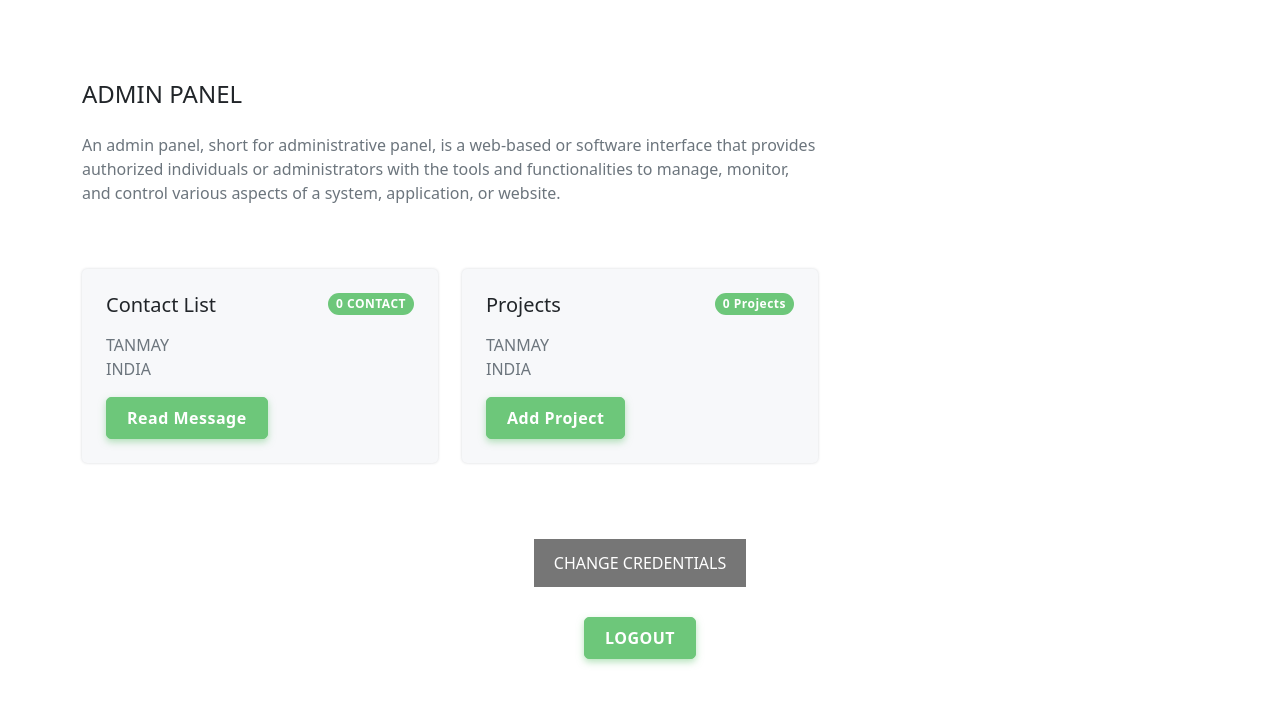
Repository: Tanmay-Kayande/Myportfolio
Page: http://localhost/myproject/admin.jsp
An editor plug-in stored every save of this project. The page is shown before and after the next save, followed by the edit.
The browser window is 1280 px wide. The pictures show the whole page.
Some web libraries are served in a nearby version. The page is served by Tomcat 9. The session is filled in as if someone had signed in: {"login": "exist"}. Other server files are loaded and not shown.

Above is the page before, as saved 2024-01-25 09:24:06.

### myproject/src/main/webapp/admin.jsp

<%@page import="com.dao.ProjectDao"%>
<%@page import="com.dao.MessageDao"%>
<%
String value = (String) session.getAttribute("login");
if (value == null) {
	response.sendRedirect("login.jsp");
	return;
}
%>

<!DOCTYPE html>
<html lang="en">

<head>
<meta charset="utf-8">


<title>find jobs cards - Bootdey.com</title>
<meta name="viewport" content="width=device-width, initial-scale=1">
<link
	href="https://cdn.jsdelivr.net/npm/bootstrap@5.2.0/dist/css/bootstrap.min.css"
	rel="stylesheet">
<style type="text/css">
body {
	margin-top: 20px;
}

.shadow {
	box-shadow: 0 0 3px rgb(53 64 78/ 20%) !important;
}

.rounded {
	border-radius: 5px !important;
}

.bg-light {
	background-color: #f7f8fa !important;
}

.bg-primary, .btn-primary, .btn-outline-primary:hover,
	.btn-outline-primary:focus, .btn-outline-primary:active,
	.btn-outline-primary.active, .btn-outline-primary.focus,
	.btn-outline-primary:not(:disabled):not(.disabled):active,
	.badge-primary, .nav-pills .nav-link.active, .pagination .active a,
	.custom-control-input:checked ~.custom-control-label:before, #preloader #status .spinner>div,
	.social-icon li a:hover, .back-to-top:hover, .back-to-home a, ::selection,
	#topnav .navbar-toggle.open span:hover, .owl-theme .owl-dots .owl-dot.active span,
	.owl-theme .owl-dots.clickable .owl-dot:hover span, .watch-video a .play-icon-circle,
	.sidebar .widget .tagcloud>a:hover, .flatpickr-day.selected,
	.flatpickr-day.selected:hover, .tns-nav button.tns-nav-active,
	.form-check-input.form-check-input:checked {
	background-color: #6dc77a !important;
}

.badge {
	padding: 5px 8px;
	border-radius: 3px;
	letter-spacing: 0.5px;
	font-size: 12px;
}

.btn-primary, .btn-outline-primary:hover, .btn-outline-primary:focus,
	.btn-outline-primary:active, .btn-outline-primary.active,
	.btn-outline-primary.focus, .btn-outline-primary:not(:disabled):not(.disabled):active
	{
	box-shadow: 0 3px 7px rgb(109 199 122/ 50%) !important;
}

.btn-primary, .btn-outline-primary, .btn-outline-primary:hover,
	.btn-outline-primary:focus, .btn-outline-primary:active,
	.btn-outline-primary.active, .btn-outline-primary.focus,
	.btn-outline-primary:not(:disabled):not(.disabled):active,
	.bg-soft-primary .border, .alert-primary, .alert-outline-primary,
	.badge-outline-primary, .nav-pills .nav-link.active, .pagination .active a,
	.form-group .form-control:focus, .form-group .form-control.active,
	.custom-control-input:checked ~.custom-control-label:before,
	.custom-control-input:focus ~.custom-control-label::before,
	.form-control:focus, .social-icon li a:hover, #topnav .has-submenu.active.active .menu-arrow,
	#topnav.scroll .navigation-menu>li:hover>.menu-arrow, #topnav.scroll .navigation-menu>li.active>.menu-arrow,
	#topnav .navigation-menu>li:hover>.menu-arrow, .flatpickr-day.selected,
	.flatpickr-day.selected:hover, .form-check-input:focus,
	.form-check-input.form-check-input:checked, .container-filter li.active,
	.container-filter li:hover {
	border-color: #6dc77a !important;
}

.bg-primary, .btn-primary, .btn-outline-primary:hover,
	.btn-outline-primary:focus, .btn-outline-primary:active,
	.btn-outline-primary.active, .btn-outline-primary.focus,
	.btn-outline-primary:not(:disabled):not(.disabled):active,
	.badge-primary, .nav-pills .nav-link.active, .pagination .active a,
	.custom-control-input:checked ~.custom-control-label:before, #preloader #status .spinner>div,
	.social-icon li a:hover, .back-to-top:hover, .back-to-home a, ::selection,
	#topnav .navbar-toggle.open span:hover, .owl-theme .owl-dots .owl-dot.active span,
	.owl-theme .owl-dots.clickable .owl-dot:hover span, .watch-video a .play-icon-circle,
	.sidebar .widget .tagcloud>a:hover, .flatpickr-day.selected,
	.flatpickr-day.selected:hover, .tns-nav button.tns-nav-active,
	.form-check-input.form-check-input:checked {
	background-color: #6dc77a !important;
}

.btn {
	padding: 8px 20px;
	outline: none;
	text-decoration: none;
	font-size: 16px;
	letter-spacing: 0.5px;
	transition: all 0.3s;
	font-weight: 600;
	border-radius: 5px;
}

.btn-primary {
	background-color: #6dc77a !important;
	border: 1px solid #6dc77a !important;
	color: #fff !important;
	box-shadow: 0 3px 7px rgb(109 199 122/ 50%);
}

a {
	text-decoration: none;
}

 {box-sizing: border-box;}

/* Button used to open the contact form - fixed at the bottom of the page */
.open-button {

  background-color: #555;
  color: white;
  padding: 12px 20px;
  border: none;
  cursor: pointer;
  opacity: 0.8;
  bottom: 30px;
  margin-right: auto;
  margin-left: auot;
  margin-bottom: 30px;
  margin-top:10px;
}

/* The popup form - hidden by default */
.form-popup {
  display: none;
  position: fixed;
  bottom: 0;
  right: 15px;
  border: 3px solid #f1f1f1;
  z-index: 9;
}

/* Add styles to the form container */
.form-container {
  max-width: 300px;
  padding: 10px;
  background-color: white;
}

/* Full-width input fields */
.form-container input[type=text], .form-container input[type=password] {
  width: 100%;
  padding: 15px;
  margin: 5px 0 22px 0;
  border: none;
  background: #f1f1f1;
}

/* When the inputs get focus, do something */
.form-container input[type=text]:focus, .form-container input[type=password]:focus {
  background-color: #ddd;
  outline: none;
}

/* Set a style for the submit/login button */
.form-container .btn {
  background-color: #04AA6D;
  color: white;
  padding: 16px 20px;
  border: none;
  cursor: pointer;
  width: 100%;
  margin-bottom:10px;
  opacity: 0.8;
}

/* Add a red background color to the cancel button */
.form-container .cancel {
  background-color: red;
}

/* Add some hover effects to buttons */
.form-container .btn:hover, .open-button:hover {
  opacity: 1;
}

</style>
</head>

<body>

	<div class="container mt-5 pt-4">

	<h3 style = "text-align: center;"><%@include file = "message.jsp" %></h3>

		<div class="row align-items-end mb-4 pb-2">
			<div class="col-md-8">
				<div class="section-title text-center text-md-start">
					<h4 class="title mb-4">ADMIN PANEL</h4>
					<p class="text-muted mb-0 para-desc">An admin panel, short for
						administrative panel, is a web-based or software interface that
						provides authorized individuals or administrators with the tools
						and functionalities to manage, monitor, and control various
						aspects of a system, application, or website.</p>
				</div>
			</div>

		</div>
		<div class="row">
			<div class="col-lg-4 col-md-6 col-12 mt-4 pt-2">
				<div class="card border-0 bg-light rounded shadow">
					<div class="card-body p-4">

					<%int count = new MessageDao().count(); %>
						<span class="badge rounded-pill bg-primary float-md-end mb-3 mb-sm-0"><%=count %> CONTACT	</span>
						<h5>Contact List</h5>
						<div class="mt-3">
							<span class="text-muted d-block"><i class="fa fa-home"
								aria-hidden="true"></i> <a href="#" target="_blank"
								class="text-muted">TANMAY</a></span> <span class="text-muted d-block"><i
								class="fa fa-map-marker" aria-hidden="true"></i> INDIA</span>
						</div>
						<div class="mt-3">
							<a href="read-message.jsp" class="btn btn-primary">Read
								Message</a>
						</div>
					</div>
				</div>
			</div>

			<div class="col-lg-4 col-md-6 col-12 mt-4 pt-2">
				<div class="card border-0 bg-light rounded shadow">
					<div class="card-body p-4">

						<%int project_count = new ProjectDao().count(); %>
						<span class="badge rounded-pill bg-primary float-md-end mb-3 mb-sm-0"><%=project_count %> Projects	</span>
						<h5>Projects</h5>
						<div class="mt-3">
							<span class="text-muted d-block"><i class="fa fa-home"
								aria-hidden="true"></i> <a href="#" target="_blank"
								class="text-muted">TANMAY</a></span> <span class="text-muted d-block"><i
								class="fa fa-map-marker" aria-hidden="true"></i> INDIA</span>
						</div>
						<div class="mt-3">
							<a href="project.jsp" class="btn btn-primary">Add Project</a>
						</div>
					</div>
				</div>
			</div>





			<div style="text-align: center; padding-top: 50px;" class="mt-3">

			<!-- A button to open the popup form -->
			<button class="open-button" onclick="openForm()">CHANGE
				CREDENTIALS</button>

			<!-- The form -->
			<div class="form-popup" id="myForm">
				<form action="Auth" method="post" class="form-container">
					<h2>Change Password</h2>

					<label for="email"><b>Old Password</b></label> <input type="text"
						placeholder="Enter old password" name="opass" required> <label
						for="psw"><b>New Password</b></label> <input type="password"
						placeholder="Enter Password" name="npass" required> <label
						for="psw"><b>Confirm Password</b></label> <input type="password"
						placeholder="Enter Confirm Password" name="cpass" required>

					<input type="hidden" name="check" value="change">

					<button type="submit" class="btn">Update</button>
					<button type="button" class="btn cancel" onclick="closeForm()">Close</button>
				</form>
			</div>
				<form action="Auth" method="post">
					<input type ="hidden" name = "check" value = "Logout">
					<button class="btn btn-primary">LOGOUT</button>
				</form>
			</div>

		</div>
	</div>

	<script>
		function openForm() {
			document.getElementById("myForm").style.display = "block";
		}

		function closeForm() {
			document.getElementById("myForm").style.display = "none";
		}
	</script>
	<script src="https://code.jquery.com/jquery-1.10.2.min.js"></script>
	<script
		src="https://cdn.jsdelivr.net/npm/bootstrap@5.2.0/dist/js/bootstrap.bundle.min.js"></script>
	<script type="text/javascript">

	</script>
</body>

</html>

### myproject/src/main/webapp/message.jsp

<%
	String message =(String) session.getAttribute("msg");
	if(message!= null){

		if(message.equals("Message sent successfully")){
%>
		<h1 style="text-align: center; color: blue"><%=message %></h1>
<%
		}
		else{
%>
		<h1 style="text-align: center; color: red"><%=message %></h1>
<%
		}
	}
	session.removeAttribute("msg");
%>

### myproject/src/main/java/com/dao/InsertDao.java
package com.dao;

import java.util.ArrayList;

public interface InsertDao {

	public String Insert(ArrayList<Object> al);
}

### myproject/src/main/java/com/dao/ReadDao.java
package com.dao;

import java.util.ArrayList;

public interface ReadDao {

	public ArrayList<Object> read();
}

### myproject/src/main/java/com/dao/DeleteDao.java
package com.dao;

public interface DeleteDao {

	public String delete(int sn);
}

### myproject/src/main/java/com/dao/MessageDao.java
package com.dao;

import java.sql.Connection;
import java.sql.PreparedStatement;
import java.sql.ResultSet;
import java.time.LocalDateTime;
import java.util.ArrayList;

import com.pojo.MessagePojo;

public class MessageDao implements InsertDao, ReadDao, DeleteDao {


	private Connection connection;
	private String sql;
	private PreparedStatement prepareStatement;
	private int row;
	private String result;
	private ResultSet rs;

	@SuppressWarnings("finally")
	@Override
	public String Insert(ArrayList<Object> al) {

		try {

			connection = ConnectionFactory.getConnection();
			sql = "insert into message(name, email, message, date) values(?,?,?,?)";
			prepareStatement = connection.prepareStatement(sql);
			prepareStatement.setString(1, (String)al.get(0));
			prepareStatement.setString(2, (String)al.get(1));
			prepareStatement.setString(3, (String)al.get(2));
			prepareStatement.setString(4, LocalDateTime.now().toString());

			row = prepareStatement.executeUpdate();
			if(row==1) {
				result = "saved";
			}

		} catch (Exception e) {
			result = "failed";
			e.printStackTrace();
		}
		finally {
			return result;
		}
	}

	@SuppressWarnings("finally")
	@Override
	public ArrayList<Object> read() {

		ArrayList<Object> ar = new ArrayList<>();

		try {
			connection = ConnectionFactory.getConnection();
			sql = "select * from message";
			prepareStatement = connection.prepareStatement(sql);
			rs = prepareStatement.executeQuery();
			while(rs.next()) {
				MessagePojo m = new MessagePojo(rs.getInt("sn"), rs.getString("name"), rs.getString("email"), rs.getString("message"),
						rs.getString("date"));
				ar.add(m);
			}

		} catch (Exception e) {

			e.printStackTrace();
		}
		finally {

			return ar;
		}
	}

	@SuppressWarnings("finally")
	public int count() {

		int no_of_message = 0;
		try {
			connection = ConnectionFactory.getConnection();
			sql = "select count(*) as count from message";
			prepareStatement = connection.prepareStatement(sql);
			rs = prepareStatement.executeQuery();
			rs.next();
			no_of_message = rs.getInt("count");

		} catch (Exception e) {
			e.printStackTrace();
		}
		finally {

			return no_of_message;
		}


	}

	@SuppressWarnings("finally")
	@Override
	public String delete(int sn) {

		try {

			connection = ConnectionFactory.getConnection();
			sql = "delete from message where sn = ?";
			prepareStatement = connection.prepareStatement(sql);
			prepareStatement.setInt(1, sn);
			row = prepareStatement.executeUpdate();
			if(row==1) {
				result = "deleted";
			}

		} catch (Exception e) {
			result = "failed";
			e.printStackTrace();
		}
		finally {
			return result;
		}


	}


}

### myproject/src/main/java/com/dao/ConnectionFactory.java
package com.dao;

import java.sql.Connection;

import com.mysql.cj.jdbc.MysqlDataSource;

public class ConnectionFactory {

	private static Connection connection;
	@SuppressWarnings("finally")
	public static Connection getConnection() {
		try {

			MysqlDataSource mysql = new MysqlDataSource();
			mysql.setUrl("jdbc:mysql://localhost:3306/myportfolio");
			mysql.setUser("root");
			mysql.setPassword("pass");

			connection = mysql.getConnection();


		} catch (Exception e) {

			e.printStackTrace();
		}
		finally {
			return connection;
		}

	}


}

### myproject/src/main/java/com/dao/ProjectDao.java
package com.dao;

import java.sql.Connection;
import java.sql.PreparedStatement;
import java.sql.ResultSet;
import java.time.LocalDateTime;
import java.util.ArrayList;

import javax.servlet.http.Part;

import com.fileIO.ProjectIO;
import com.pojo.Projectpojo;

public class ProjectDao implements InsertDao, ReadDao, DeleteDao  {

	private Connection connection;
	private String sql;
	private PreparedStatement prepareStatement;
	private int row;
	private String result;
	private ResultSet rs;

	@SuppressWarnings("finally")
	@Override
	public String Insert(ArrayList<Object> al) {

		try {

			String filename = (String) al.get(0);
			String formatname = format(filename);

			connection = ConnectionFactory.getConnection();
			connection.setAutoCommit(false);
			sql = "insert into project(filename) value (?)";
			prepareStatement = connection.prepareStatement(sql);
			prepareStatement.setString(1, formatname);
			row = prepareStatement.executeUpdate();
			if(row == 1) {
				boolean write = new ProjectIO().write(formatname,(Part) al.get(1));
				if(write==true) {

					connection.commit();
					result = "inserted";
				}
				else {
					connection.rollback();
					result = "failed";
				}
			}

		} catch (Exception e) {
			result = "failed";
			e.printStackTrace();
		} finally {

			return result;
		}
	}

	private String format(String filename) {

		String formatfilename = LocalDateTime.now().toString() + filename;
		String[] split = formatfilename.split(":");
		return split[0] + split[1] + split[2];

	}

	@SuppressWarnings("finally")
	@Override
	public ArrayList<Object> read() {

		ArrayList<Object> al = new ArrayList<>();
		try {

			connection = ConnectionFactory.getConnection();
			sql = "select * from project";
			prepareStatement = connection.prepareStatement(sql);
			rs = prepareStatement.executeQuery();
			while(rs.next()) {

				Projectpojo p = new Projectpojo(rs.getInt("sn"),rs.getString("filename"));
				al.add(p);
			}

		} catch (Exception e) {

			e.printStackTrace();
		}
		finally {

			return al;
		}

	}

	@SuppressWarnings("finally")
	public int count() {

		int no_of_projects = 0;
		try {
			connection = ConnectionFactory.getConnection();
			sql = "select count(*) as count from project";
			prepareStatement = connection.prepareStatement(sql);
			rs = prepareStatement.executeQuery();
			rs.next();
			no_of_projects = rs.getInt("count");

		} catch (Exception e) {
			e.printStackTrace();
		}
		finally {

			return no_of_projects;
		}

}

	@SuppressWarnings("finally")
	@Override
	public String delete(int sn) {

		try {

			connection = ConnectionFactory.getConnection();
			sql = "delete * form project where sn = ?";
			prepareStatement = connection.prepareStatement(sql);
			prepareStatement.setInt(1, sn);
			row = prepareStatement.executeUpdate();
			if(row==1) {
				result = "deleted";
			}

		} catch (Exception e) {
			result = "failed";
			e.printStackTrace();
		}
		finally {

			return result;
		}
	}

	@SuppressWarnings("finally")
	public String getFilePath(int sn) {
		String Path = null;
		try {
			connection = ConnectionFactory.getConnection();
			sql = "select filename from project where sn = ?";
			prepareStatement = connection.prepareStatement(sql);
			prepareStatement.setInt(1, sn);
			rs = prepareStatement.executeQuery();
			if(rs.next()) {
				result = rs.getString("filename");
				return result;
			}

		} catch (Exception e) {
			e.printStackTrace();
		}
		finally {
			return result;
		}

	}
}

After the next save:
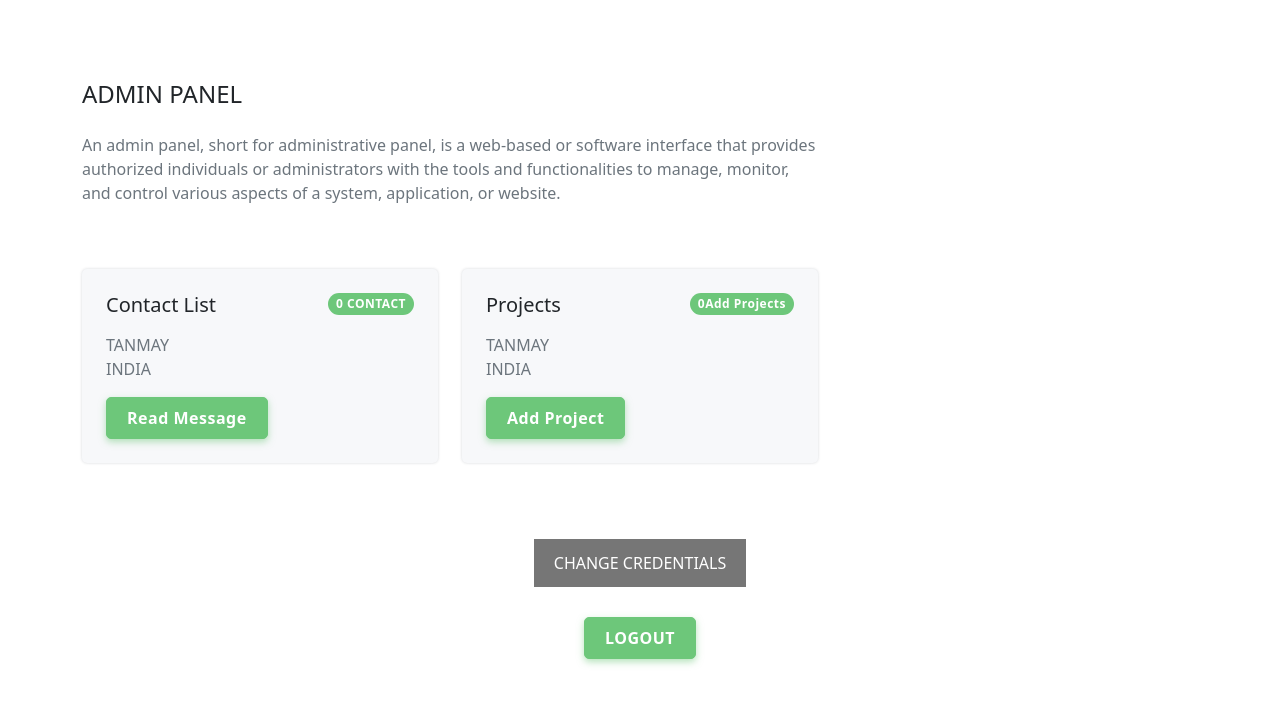
Saved 2 min 36 s later.
--- a/myproject/src/main/webapp/admin.jsp
+++ b/myproject/src/main/webapp/admin.jsp
@@ -243,7 +243,7 @@ a {
 					<div class="card-body p-4">
 
 						<%int project_count = new ProjectDao().count(); %>
-						<span class="badge rounded-pill bg-primary float-md-end mb-3 mb-sm-0"><%=project_count %> Projects	</span>
+						<span class="badge rounded-pill bg-primary float-md-end mb-3 mb-sm-0"><%=project_count %>Add Projects	</span>
 						<h5>Projects</h5>
 						<div class="mt-3">
 							<span class="text-muted d-block"><i class="fa fa-home"
